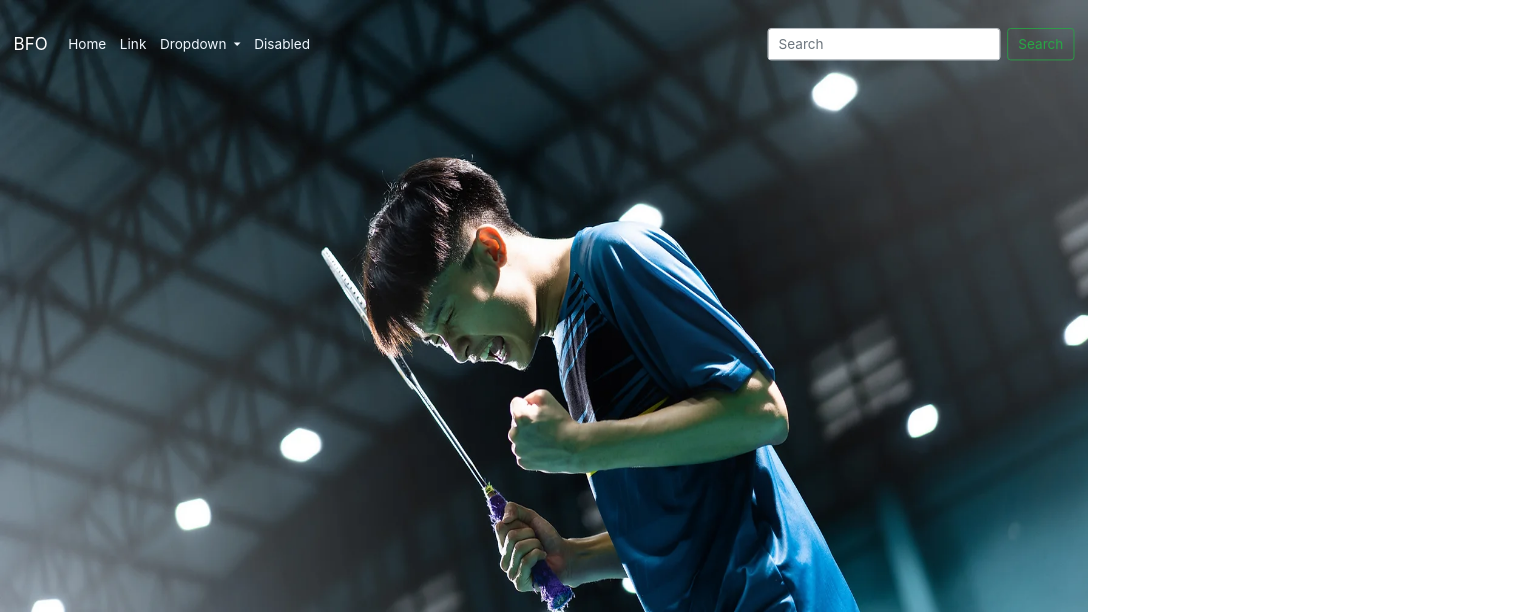
Repository: tsthuy/Badminton
Page: index.html
The author's editor kept a copy of each file at every save. The page is drawn from the files as they stood at one save, then again after the next save.
The browser window is 1280 px wide. The page is 1280 px wide, then 1793 px, so the pictures cover 1793 px, including what lies to the right of the window. The pictures show the whole page, at 85% of full size.
Some web libraries are served in a nearby version.

Above is the page before, as saved 2023-10-12 21:11:07.

After the next save:
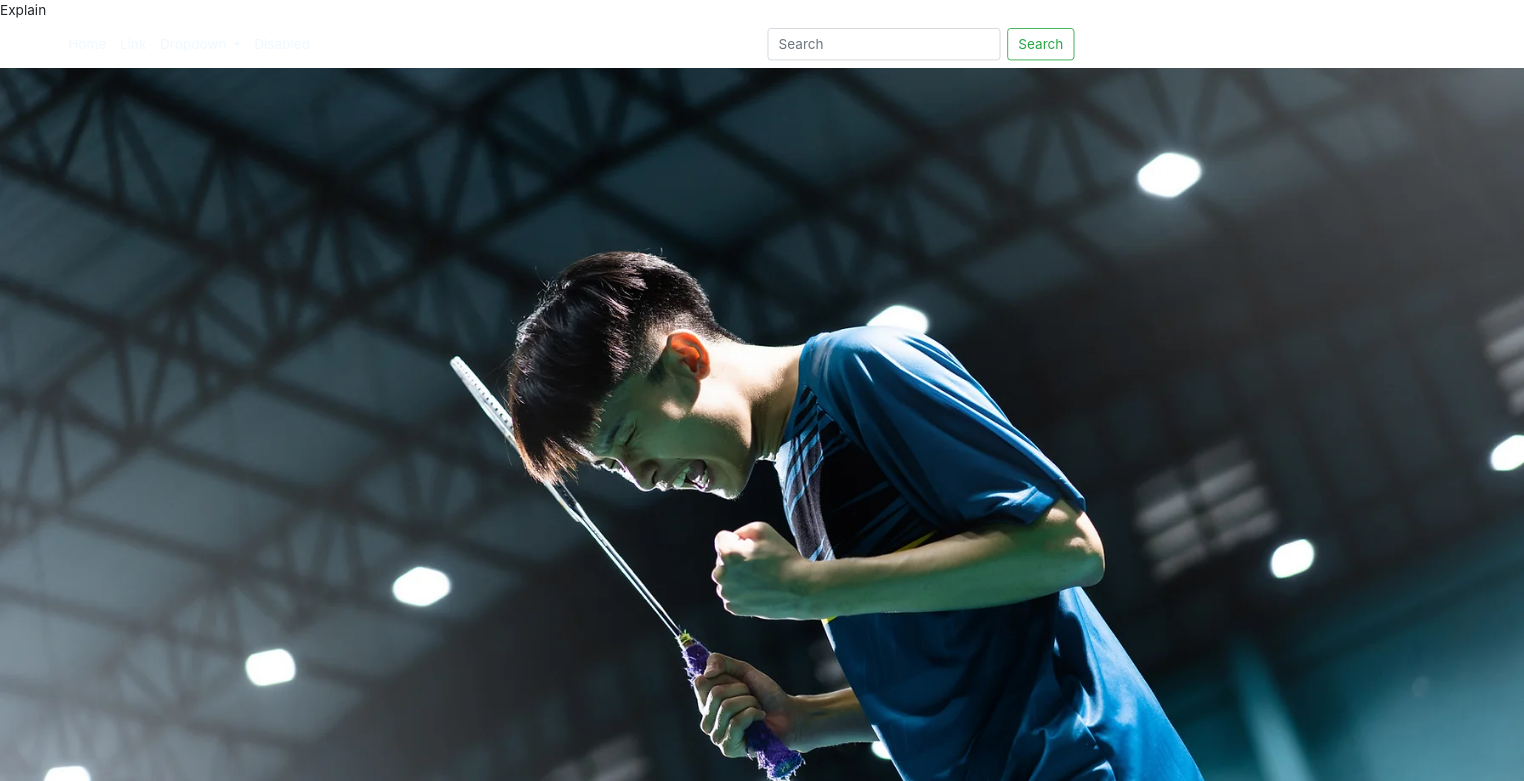
Saved 29 s later.
--- a/index.html
+++ b/index.html
@@ -48,7 +48,7 @@
 </nav>
    <div class="background_cover">
 
-    <img class="bg_img" src="./Image/A man in a badminton match.webp" alt="" style="margin-top: -80px; height: 100vh; width: 100%;">
+    <img class="bg_img" src="./Image/A man in a badminton match.webp" alt="">
    </div>
 
 </body>
